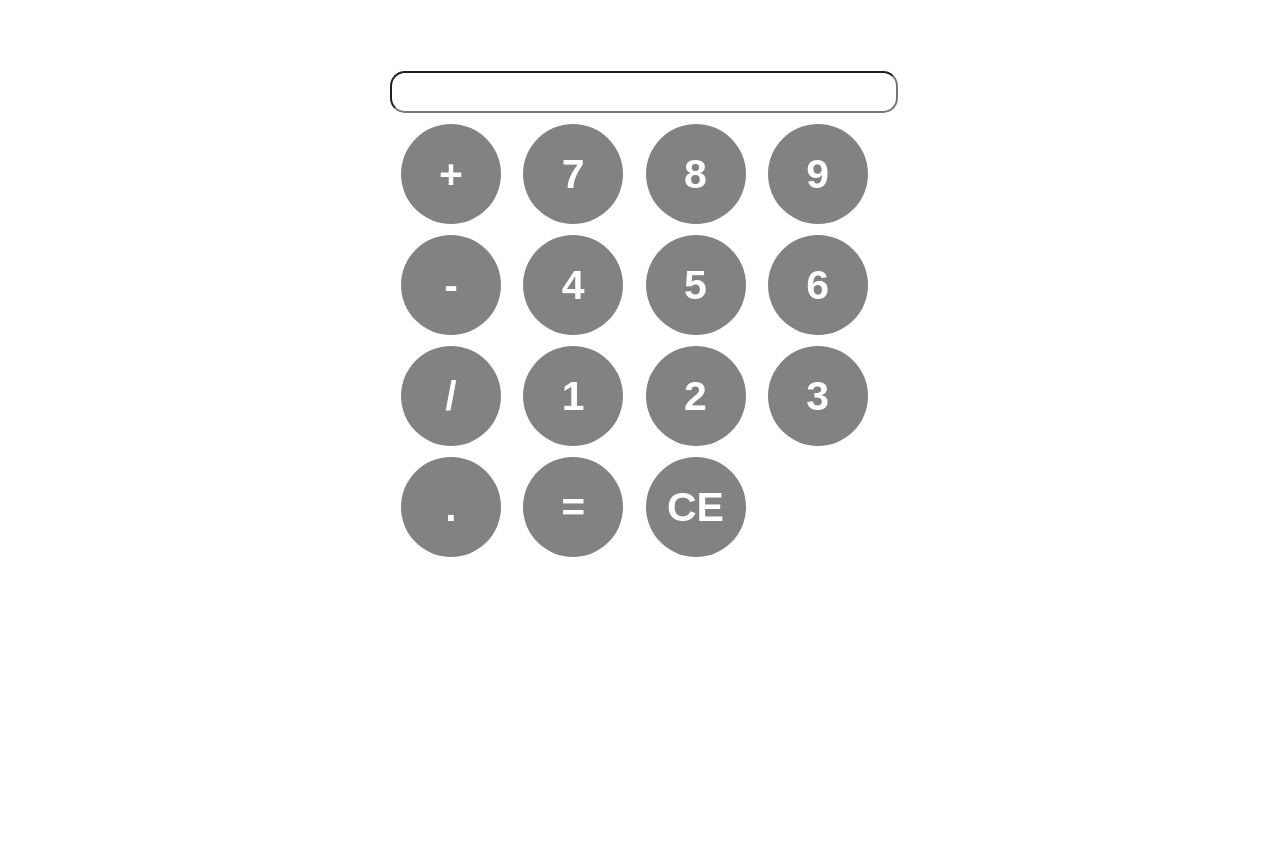
Repository: rkrukshan/JS-Calculator
Page: index.html
The author's editor kept a copy of each file at every save. The page is drawn from the files as they stood at one save, then again after a run of saves.
The browser window is 1280 px wide. The pictures show the whole page.

Above is the page before, as saved 2024-09-02 13:41:16.

### index.html
<!DOCTYPE html>
<html lang="en">

<head>
    <meta charset="UTF-8">
    <meta name="viewport" content="width=device-width, initial-scale=1.0">
    <title>Document</title>
    <link rel="stylesheet" href="style.css">
</head>

<body>
    <div id="calculator">
        <input id="screen" readonly>
        <div id="buttons">

            <button onclick="appendScreen('+')">+</button>
            <button onclick="appendScreen('7')">7</button>
            <button onclick="appendScreen('8')">8</button>
            <button onclick="appendScreen('9')">9</button>
            <button onclick="appendScreen('-')">-</button>
            <button onclick="appendScreen('4')">4</button>
            <button onclick="appendScreen('5')">5</button>
            <button onclick="appendScreen('6')">6</button>
            <button onclick="appendScreen('/')">/</button>
            <button onclick="appendScreen('1')">1</button>
            <button onclick="appendScreen('2')">2</button>
            <button onclick="appendScreen('3')">3</button>
            <button onclick="appendScreen('.')">.</button>
            <button onclick="appendScreen('=')">=</button>
            <button onclick="appendScreen('CE')">CE</button>

        </div>
    </div>
</body>

</html>

### style.css
#calculator {
  display: flexbox;
  align-items: center;
  height: 100vh;
  justify-content: center;
  border: none;
  max-width: 500px;
  margin: auto;
  padding: 5% 0;
}
#screen {
  width: 100%;
  height: 5%;
  color: white;
  border-radius: 15px;
}
#buttons {
  display: grid;
  grid-template-columns: repeat(4, 1fr);
  gap: 11px;
  padding: 11px;
}
button {
  width: 100px;
  height: 100px;
  border-radius: 50px;
  color: white;
  background-color: hsl(0, 0%, 51%);
  font-size: 41px;
  font-weight: bold;
  cursor: pointer;
  border: none;
}
button:active {
  background-color: hsl(0, 1%, 45%);
  box-shadow: 1px 1px 15px rgb(100, 206, 241);
}

After the next 7 saves:
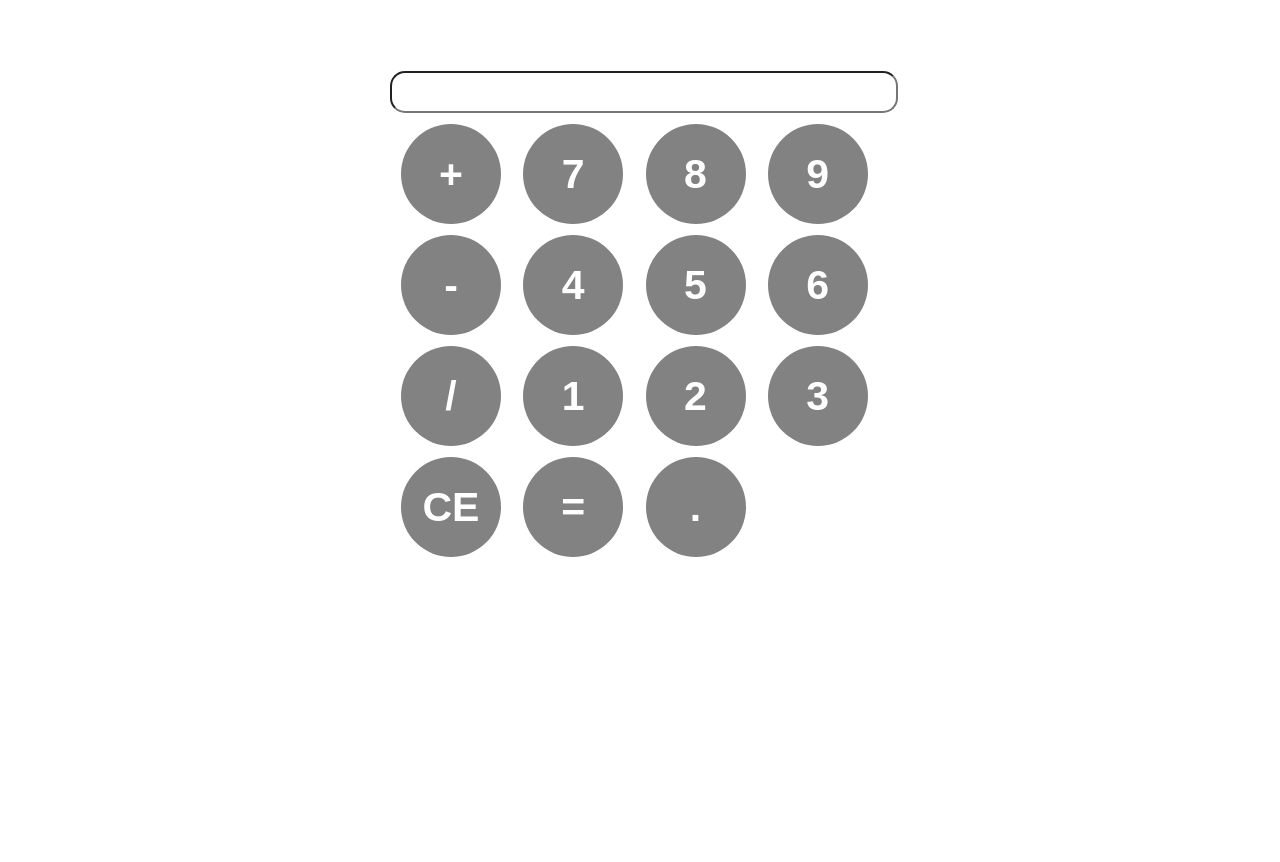
The 7 saves are shown as one change because they came seconds apart.
The last was saved 31 s later.
--- a/index.html
+++ b/index.html
@@ -25,9 +25,10 @@
             <button onclick="appendScreen('1')">1</button>
             <button onclick="appendScreen('2')">2</button>
             <button onclick="appendScreen('3')">3</button>
+            <button onclick="appendScreen('CE')">CE</button>
+
+            <button onclick="appendScreen('=')">=</button>
             <button onclick="appendScreen('.')">.</button>
-            <button onclick="appendScreen('=')">=</button>
-            <button onclick="appendScreen('CE')">CE</button>
 
         </div>
     </div>
